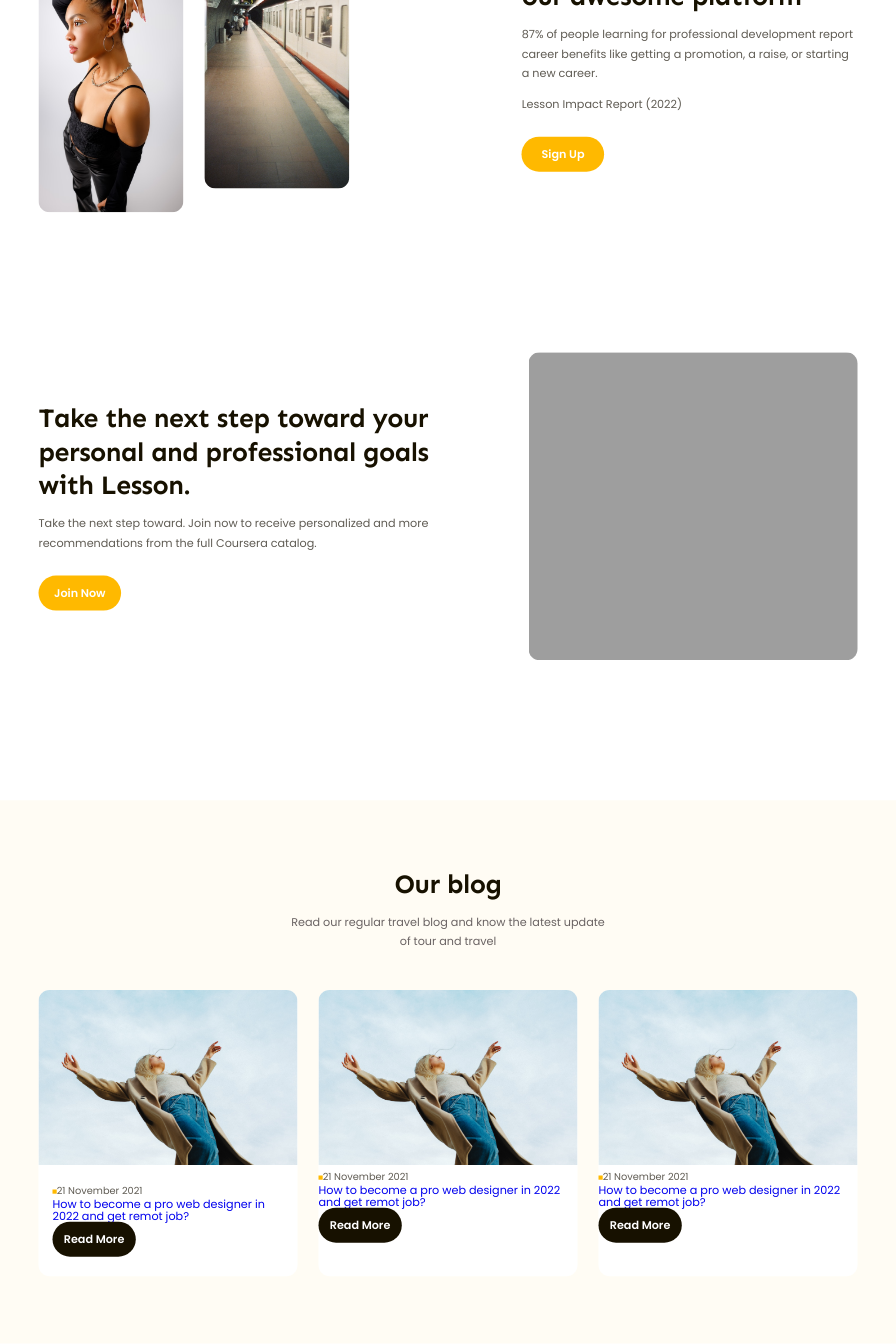
Repository: nguyenkhai1311/project-02
Page: index.html
An editor plug-in stored every save of this project. The page is shown before and after a run of saves, followed by the edit.
The browser window is 1280 px wide. The pictures show the part of the page from y = 2705 to 4625 px (the page is 4625 px tall), at 70% of full size.
Pictures or frames that could not be fetched are drawn as grey boxes.

Above is the page before, as saved 2023-04-01 17:40:41.

### index.html
<!DOCTYPE html>
<html lang="en">
    <head>
        <meta charset="UTF-8" />
        <meta http-equiv="X-UA-Compatible" content="IE=edge" />
        <meta name="viewport" content="width=device-width, initial-scale=1.0" />
        <title>Project-02</title>

        <!-- Reset Css -->
        <link rel="stylesheet" href="./assets/css/reset.css" />

        <!-- Embed Fonts -->
        <link rel="preconnect" href="https://fonts.googleapis.com" />
        <link rel="preconnect" href="https://fonts.gstatic.com" crossorigin />
        <link
            href="https://fonts.googleapis.com/css2?family=Poppins:ital,wght@0,400;0,500;0,600;1,400&family=Sen:wght@700&display=swap"
            rel="stylesheet"
        />
        <!-- Style Css -->
        <link rel="stylesheet" href="./assets/css/style.css" />
    </head>
    <body>
        <!-- Header -->
        <div>
            <header class="header fixed">
                <div class="main-content">
                    <div class="navbar">
                        <!-- Logo -->
                        <img
                            src="./assets/img/Logo.svg"
                            alt="Lesson."
                            class="logo"
                        />

                        <!-- Navigation -->
                        <nav class="nav">
                            <ul>
                                <li class="active">
                                    <a href="#!">Home</a>
                                </li>
                                <li>
                                    <a href="#!">Courses</a>
                                </li>
                                <li>
                                    <a href="#!">Pricing</a>
                                </li>
                                <li>
                                    <a href="#!">Reviews</a>
                                </li>
                            </ul>
                        </nav>

                        <!-- Action -->
                        <div class="action">
                            <a href="#!" class="btn action-link">Sign Up</a>
                        </div>
                    </div>
                </div>
            </header>

            <main>
                <!-- Hero -->
                <div class="hero">
                    <div class="main-content">
                        <div class="body">
                            <div class="media-block">
                                <img
                                    src="./assets/img/hero-img.jpg"
                                    alt="Learn without limits and spread knowledge."
                                    class="hero-img"
                                />
                                <div class="hero-summary">
                                    <div class="item">
                                        <div class="icon">
                                            <img
                                                src="./assets/icon/list.svg"
                                                alt=""
                                            />
                                        </div>
                                        <div class="info">
                                            <p class="label">20 Courses</p>
                                            <div class="title">
                                                UI/UX Design
                                            </div>
                                        </div>
                                    </div>
                                    <div class="item">
                                        <div class="icon">
                                            <img
                                                src="./assets/icon/code.svg"
                                                alt=""
                                            />
                                        </div>
                                        <div class="info">
                                            <p class="label">20 Courses</p>
                                            <div class="title">Development</div>
                                        </div>
                                    </div>
                                    <div class="item">
                                        <div class="icon">
                                            <img
                                                src="./assets/icon/speaker.svg"
                                                alt=""
                                            />
                                        </div>
                                        <div class="info">
                                            <p class="label">30 Courses</p>
                                            <div class="title">Marketing</div>
                                        </div>
                                    </div>
                                </div>
                            </div>

                            <div class="content-block">
                                <h1 class="heading lv1">
                                    Learn without limits and spread knowledge.
                                </h1>
                                <p class="desc">
                                    Build new skills for that “this is my year”
                                    feeling with courses, certificates, and
                                    degrees from world-class universities and
                                    companies.
                                </p>
                                <div class="cta-group">
                                    <a href="#!" class="btn hero-cta"
                                        >See Courses</a
                                    >
                                    <button class="watch-video">
                                        <div class="icon">
                                            <img
                                                src="./assets/icon/play.svg"
                                                alt=""
                                            />
                                        </div>
                                        <span>Watch Video</span>
                                    </button>
                                </div>
                                <p class="desc">Recent engagement</p>
                                <p class="desc stats">
                                    <strong>50K</strong> Students
                                    <strong>70+</strong> Courses
                                </p>
                            </div>
                        </div>
                    </div>
                </div>

                <!-- Popular -->
                <div class="popular">
                    <div class="main-content">
                        <div class="popular-top">
                            <div class="title">
                                <h2 class="heading lv2">Our popular courses</h2>
                                <p class="desc">
                                    Build new skills with new trendy courses and
                                    shine for the next future career.
                                </p>
                            </div>
                            <div class="controls">
                                <button class="control-btn">
                                    <svg
                                        width="8"
                                        height="14"
                                        viewBox="0 0 8 14"
                                        fill="none"
                                        xmlns="http://www.w3.org/2000/svg"
                                    >
                                        <path
                                            d="M7 1L1 7L7 13"
                                            stroke="currentColor"
                                            stroke-linecap="round"
                                            stroke-linejoin="round"
                                        />
                                    </svg>
                                </button>
                                <button class="control-btn">
                                    <svg
                                        width="8"
                                        height="14"
                                        viewBox="0 0 8 14"
                                        fill="none"
                                        xmlns="http://www.w3.org/2000/svg"
                                    >
                                        <path
                                            d="M1 1L7 7L1 13"
                                            stroke="currentColor"
                                            stroke-linecap="round"
                                            stroke-linejoin="round"
                                        />
                                    </svg>
                                </button>
                            </div>
                        </div>
                        <div class="course-list">
                            <div class="course-item">
                                <a href="#!">
                                    <img
                                        src="./assets/img/course-1.jpg"
                                        alt="Basic web design"
                                        class="thumb"
                                    />
                                </a>
                                <div class="info">
                                    <div class="head">
                                        <h3 class="title">
                                            <a href="#!" class="line-clamp">
                                                Basic web design
                                            </a>
                                        </h3>
                                        <div class="rating">
                                            <img
                                                src="./assets/icon/star.svg"
                                                alt=""
                                                class="star"
                                            />
                                            <span class="value">4.5</span>
                                        </div>
                                    </div>
                                    <p class="desc line-clamp line-2 break-all">
                                        Get the best course, gain knowledge and
                                        shine for your future career.
                                    </p>
                                    <div class="foot">
                                        <p class="price">$120.75</p>
                                        <a class="btn book-btn" href="#!"
                                            >Book Now</a
                                        >
                                    </div>
                                </div>
                            </div>
                            <div class="course-item">
                                <a href="#!">
                                    <img
                                        src="./assets/img/course-2.jpg"
                                        alt="UI/UX design"
                                        class="thumb"
                                    />
                                </a>
                                <div class="info">
                                    <div class="head">
                                        <h3 class="title">
                                            <a href="#!" class="line-clamp">
                                                UI/UX design
                                            </a>
                                        </h3>
                                        <div class="rating">
                                            <img
                                                src="./assets/icon/star.svg"
                                                alt=""
                                            />
                                            <span class="value">4.5</span>
                                        </div>
                                    </div>
                                    <p class="desc line-clamp line-2 break-all">
                                        Get the best course, gain knowledge and
                                        shine for your future career.
                                    </p>
                                    <div class="foot">
                                        <p class="price">$120.75</p>
                                        <a class="btn book-btn" href="#!"
                                            >Book Now</a
                                        >
                                    </div>
                                </div>
                            </div>
                            <div class="course-item">
                                <a href="#!">
                                    <img
                                        src="./assets/img/course-3.jpg"
                                        alt="Web App design"
                                        class="thumb"
                                    />
                                </a>
                                <div class="info">
                                    <div class="head">
                                        <p class="title">
                                            <a href="#!" class="line-clamp">
                                                Web App design
                                            </a>
                                        </p>
                                        <div class="rating">
                                            <img
                                                src="./assets/icon/star.svg"
                                                alt=""
                                            />
                                            <span class="value">4.5</span>
                                        </div>
                                    </div>
                                    <p class="desc line-clamp line-2 break-all">
                                        Get the best course, gain knowledge and
                                        shine for your future career.
                                    </p>
                                    <div class="foot">
                                        <p class="price">$120.75</p>
                                        <a class="btn book-btn" href="#!"
                                            >Book Now</a
                                        >
                                    </div>
                                </div>
                            </div>
                        </div>
                    </div>
                </div>

                <!-- Feedback -->
                <div class="feedback">
                    <div class="main-content">
                        <div class="feedback-list">
                            <div class="feedback-item">
                                <div class="info">
                                    <img
                                        src="./assets/img/feedback-avatar.jpg"
                                        alt="Peter Moor"
                                        class="avatar"
                                    />
                                    <p class="title">Peter Moor</p>
                                    <p class="desc">Student of Web Design</p>
                                    <div class="dots">
                                        <span class="dot active"></span>
                                        <span class="dot"></span>
                                        <span class="dot"></span>
                                    </div>
                                </div>
                                <div class="content">
                                    <img
                                        src="./assets/icon/open-quotes.svg"
                                        alt=""
                                        class="open-quotes"
                                    />
                                    <blockquote>
                                        Not only does my resume look
                                        impressive—filled with the names and
                                        logos of world-class institutions—but
                                        these certificates also bring me closer
                                        to my career goals by validating the
                                        skills I've learned."
                                    </blockquote>
                                </div>
                            </div>
                        </div>
                    </div>
                </div>

                <!-- Features 1 -->
                <div class="features">
                    <div class="main-content">
                        <div class="body">
                            <div class="images">
                                <img
                                    src="./assets/img/features-1.jpg"
                                    alt=""
                                    class="lower"
                                />
                                <img src="./assets/img/features-2.jpg" alt="" />
                            </div>
                            <div class="content">
                                <h2 class="heading lv2">
                                    Learner outcomes through our awesome
                                    platform
                                </h2>
                                <p class="desc">
                                    87% of people learning for professional
                                    development report career benefits like
                                    getting a promotion, a raise, or starting a
                                    new career.
                                </p>
                                <p class="desc">Lesson Impact Report (2022)</p>
                                <a href="" class="btn cta-btn">Sign Up</a>
                            </div>
                        </div>
                    </div>
                </div>

                <!-- Features 2 -->
                <div class="features features-2nd">
                    <div class="main-content">
                        <div class="body">
                            <div class="images">
                                <img src="./assets/img/features-3.jpg" alt="" />
                            </div>
                            <div class="content">
                                <h2 class="heading lv2">
                                    Take the next step toward your personal and
                                    professional goals with Lesson.
                                </h2>
                                <p class="desc">
                                    Take the next step toward. Join now to
                                    receive personalized and more
                                    recommendations from the full Coursera
                                    catalog.
                                </p>
                                <a href="" class="btn cta-btn">Join Now</a>
                            </div>
                        </div>
                    </div>
                </div>

                <!-- Blog -->
                <div class="blog">
                    <div class="main-content">
                        <div class="blog-top">
                            <h2 class="heading lv2">Our blog</h2>
                            <p class="desc">
                                Read our regular travel blog and know the latest
                                update of tour and travel
                            </p>
                        </div>
                        <div class="blog-list">
                            <div class="item">
                                <a href="#!">
                                    <img src="./assets/img/blog-1.jpg" alt="" class="thumb" />
                                </a>
                                <div class="info">
                                    <span class="date">21 November 2021</span>
                                    <h3 class="title">
                                        <a href="#!">
                                            How to become a pro web designer in 2022
                                            and get remot job?
                                        </a>
                                    </h3>
                                    <a href="" class="btn">Read More</a>
                                </div>
                            </div>
                            <div class="item">
                                <a href="#!">
                                    <img src="./assets/img/blog-1.jpg" alt="" class="thumb" />
                                </a>
                                <div>
                                    <span class="date">21 November 2021</span>
                                    <h3 class="title">
                                        <a href="#!">
                                            How to become a pro web designer in 2022
                                            and get remot job?
                                        </a>
                                    </h3>
                                    <a href="" class="btn">Read More</a>
                                </div>
                            </div>
                            <div class="item">
                                <a href="#!">
                                    <img src="./assets/img/blog-1.jpg" alt="" class="thumb" />
                                </a>
                                <span class="date">21 November 2021</span>
                                <h3 class="title">
                                    <a href="#!">
                                        How to become a pro web designer in 2022
                                        and get remot job?
                                    </a>
                                </h3>
                                <a href="" class="btn">Read More</a>
                            </div>
                        </div>
                    </div>
                </div>
            </main>
        </div>
    </body>
</html>

Loaded but not shown: assets/css/reset.css (common file); assets/css/style.css (612 lines, source omitted)

After the next 2 saves:
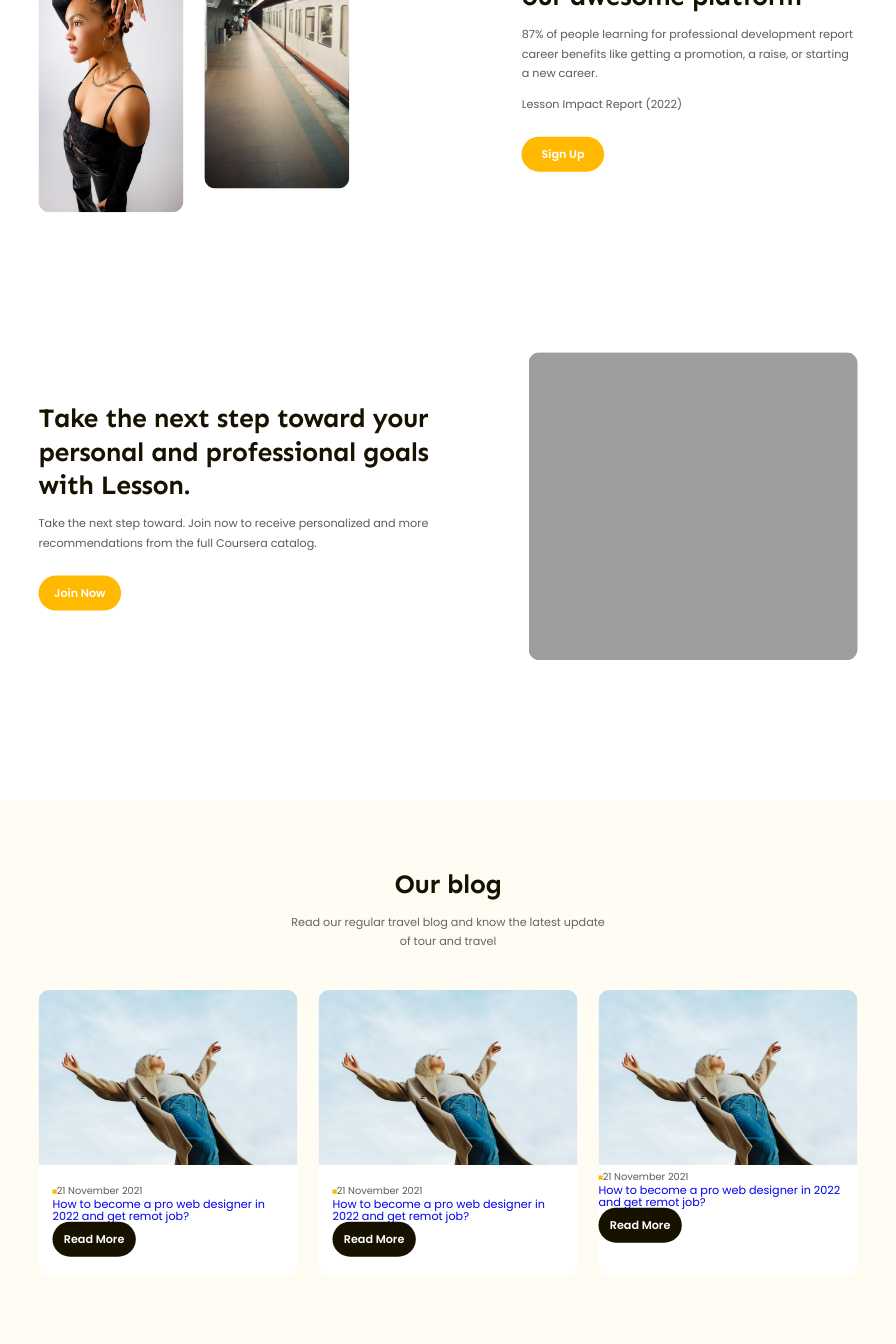
The 2 saves are shown as one change because they came seconds apart.
The last was saved 5 s later.
--- a/index.html
+++ b/index.html
@@ -425,7 +425,7 @@
                                 <a href="#!">
                                     <img src="./assets/img/blog-1.jpg" alt="" class="thumb" />
                                 </a>
-                                <div>
+                                <div class="info">
                                     <span class="date">21 November 2021</span>
                                     <h3 class="title">
                                         <a href="#!">
